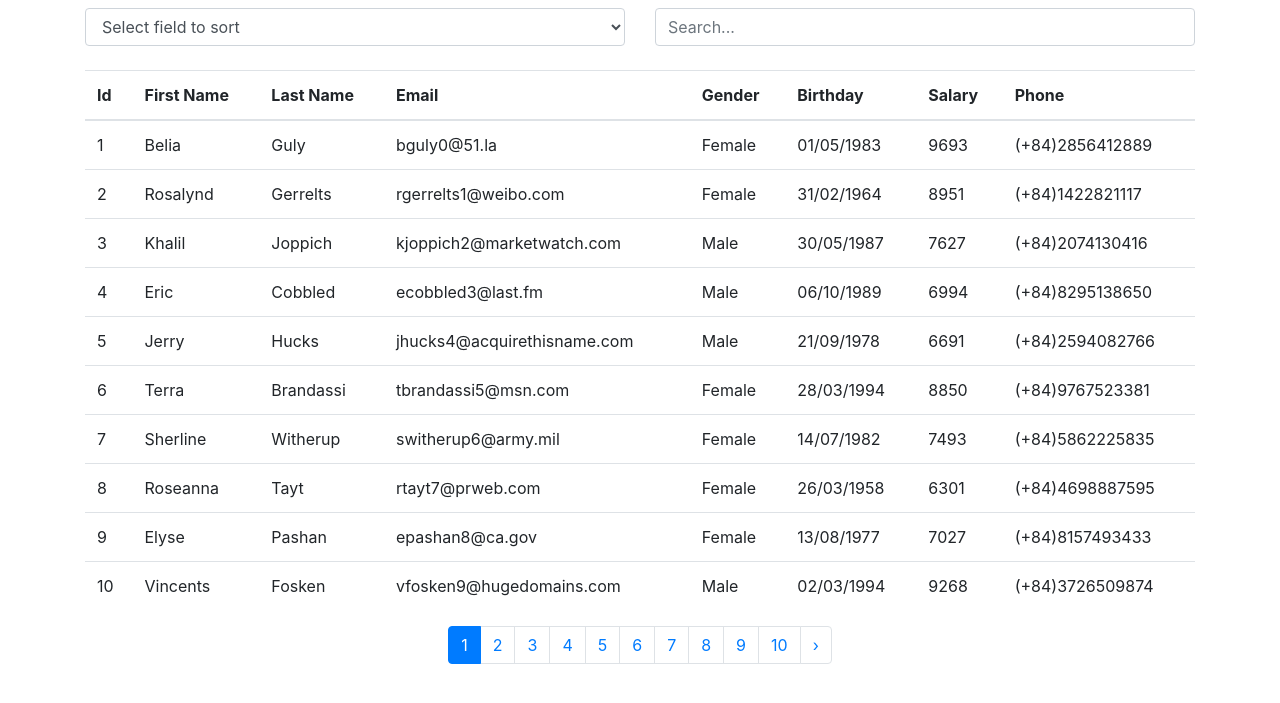
Repository: nguy3nds/table-app
Page: /
An editor plug-in stored every save of this project. The page is shown before and after the next save, followed by the edit.
The browser window is 1280 px wide. The pictures show the whole page.
The project was rebuilt for these pictures with package versions that can differ from the ones it lists, and the page was loaded fresh each time.

Above is the page before, as saved 2021-09-21 14:53:57.

### src/index.tsx
import React from 'react';
import ReactDOM from 'react-dom';
import './index.css';
import App from './App';
import reportWebVitals from './reportWebVitals';
import 'bootstrap/dist/css/bootstrap.min.css';

ReactDOM.render(
  <React.StrictMode>
    <App />
  </React.StrictMode>,
  document.getElementById('root')
);

// If you want to start measuring performance in your app, pass a function
// to log results (for example: reportWebVitals(console.log))
// or send to an analytics endpoint. Learn more: https://bit.ly/CRA-vitals
reportWebVitals();

### src/App.tsx
import "./App.css";
import Data from "./users.json";
import Form from "react-bootstrap/Form";
import { Col, Container, Row, Table } from "react-bootstrap";
import { ChangeEvent, useEffect, useState } from "react";
import PaginateComponent from "./components/PaginateComponent";
import SelectionBox from "./components/SelectionBox";
import UserInOnePage from "./components/UserInOnePage";

export interface User {
  id: number;
  firstName: string;
  lastName: string;
  email: string;
  gender: string;
  birthday: string;
  salary: number;
  phone: string;
}

const App: React.FC = () => {
  const [users, setUsers] = useState<User[]>([]);
  const [data, setData] = useState<User[]>(Data);
  const [currentPage, setCurrentPage] = useState<number>(1);

  const USER_PER_PAGE = 10;

  useEffect(() => {
    const indexLastUser = currentPage * USER_PER_PAGE;
    const indexFirstUser = indexLastUser - USER_PER_PAGE;
    const currentUsers = data.slice(indexFirstUser, indexLastUser);

    setUsers(currentUsers);
  }, [currentPage, data]);

  const onSort = (e: React.ChangeEvent<HTMLInputElement>) => {
    let keyObj: keyof User = e.target.value as keyof User;
    let sortedUsers = users.sort((a: User, b: User) => {
      if (a[keyObj] < b[keyObj]) return -1;
      if (a[keyObj] > b[keyObj]) return 1;
      return 0;
    });
    setUsers([...sortedUsers]);
  };

  const onSelectedPage = (pageNum: number) => {
    setCurrentPage(pageNum);
  };

  const onPrev = () => {
    setCurrentPage(currentPage - 1);
  };

  const onNext = () => {
    setCurrentPage(currentPage + 1);
  };

  const onSearch = (e: ChangeEvent<HTMLInputElement>) => {
    let searchUsers = Data.filter((user: User) => {
      for (let prop in user) {
        if (
          user[prop as keyof User]
            .toString()
            .toLowerCase()
            .includes(e.target.value.toLowerCase())
        ) {
          return user;
        }
      }
      return false;
    });
    setData(searchUsers);
  };

  return (
    <div className="App">
      <Container>
        <Table>
          <Row className="my-2">
            <Col>
              <SelectionBox handleSelection={onSort} />
            </Col>
            <Col>
              <input
                className="form-control"
                type="text"
                placeholder="Search..."
                onChange={onSearch}
              />
            </Col>
          </Row>

          <UserInOnePage users={users} />

          {data.length !== 0 && (
            <Row className="justify-content-center">
              <PaginateComponent
                pageNumber={Math.ceil(data.length / USER_PER_PAGE)}
                currentPage={currentPage}
                onSelectPage={onSelectedPage}
                handlePrev={onPrev}
                handleNext={onNext}
              />
            </Row>
          )}

          {data.length === 0 && (
            <Row className="justify-content-center">
              <p>Couldn't find anything for these key words</p>
            </Row>
          )}
        </Table>
      </Container>
    </div>
  );
};

export default App;

### src/components/PaginateComponent.tsx
import { Pagination } from 'react-bootstrap';

function PaginateComponent({ pageNumber, currentPage, onSelectPage, handlePrev, handleNext }: any) {
    let items = [];
    for (let number = 1; number <= pageNumber; number++) {
        items.push(
            <Pagination.Item key={number} active={number === currentPage} onClick={() => onSelectPage(number)}>
                {number}
            </Pagination.Item>,
        );
    }
    return (
        <div>
            <Pagination>
                {currentPage !== 1 && <Pagination.Prev onClick={handlePrev} />}
                {items}
                {currentPage !== pageNumber && <Pagination.Next onClick={handleNext}/>}
            </Pagination>
        </div>
    );
}

export default PaginateComponent;

### src/components/SelectionBox.tsx
import Form from "react-bootstrap/Form";
import React from "react";

// // Type '{ handleSelection: (e: ChangeEvent<HTMLInputElement>) => void; }' is not assignable to type 'IntrinsicAttributes & Event & { children?: ReactNode; }'.
//   Property 'handleSelection' does not exist on type 'IntrinsicAttributes & Event & { children?: ReactNode; }'.

const SelectionBox: React.FC<any> = ({ handleSelection }) => {
  return (
    <Form>
      <Form.Group>
        <Form.Control as="select" onChange={handleSelection}>
          <option>Select field to sort</option>
          <option value={"id"}>Id</option>
          <option value={"firstName"}>First Name</option>
          <option value={"lastName"}>Last Name</option>
          <option value={"email"}>Email</option>
          <option value={"gender"}>Gender</option>
          <option value={"birthday"}>Birthday</option>
          <option value={"salary"}>Salary</option>
          <option value={"phone"}>Phone</option>
        </Form.Control>
      </Form.Group>
    </Form>
  );
};

export default SelectionBox;

### src/components/UserInOnePage.tsx
import React from "react";
import Col from "react-bootstrap/esm/Col";
import Row from "react-bootstrap/esm/Row";
import TableData from "./TableData";

const UserInOnePage = (props: any) => {
  const formatDate = (date: string): string => {
    let d = new Date(date);
    let day =
      d.getDate().toString().length === 2
        ? d.getDate().toString()
        : "0" + d.getDate().toString();
    let month =
      d.getMonth().toString().length === 2
        ? d.getMonth().toString()
        : "0" + d.getMonth().toString();
    return day + "/" + month + "/" + d.getFullYear().toString();
  };

  const content = props.users.map((user: any) => (
    <tr key={user.id}>
      <td>{user.id}</td>
      <td>{user.firstName}</td>
      <td>{user.lastName}</td>
      <td>{user.email}</td>
      <td>{user.gender}</td>
      <td>{formatDate(user.birthday)}</td>
      <td>{user.salary}</td>
      <td>{"(+84)" + user.phone.replace(/-/g, "")}</td>
    </tr>
  ));

  return (
    <div>
      {props.users.length !== 0 && (
        <Row>
          <Col>
            <TableData content={content} />
          </Col>
        </Row>
      )}
    </div>
  );
};

export default UserInOnePage;

### src/components/TableData.tsx
import React from "react";
import Table from "react-bootstrap/Table";

const TableData: React.FC<any> = ({ content }) => {
  return (
    <Table>
      <thead>
        <tr>
          <th>Id</th>
          <th>First Name</th>
          <th>Last Name</th>
          <th>Email</th>
          <th>Gender</th>
          <th>Birthday</th>
          <th>Salary</th>
          <th>Phone</th>
        </tr>
      </thead>
      <tbody>{content}</tbody>
    </Table>
  );
};

export default TableData;

Loaded but not shown: public/index.html (common file); src/index.css (common file); src/reportWebVitals.ts (common file); src/users.json (1002 lines, source omitted); src/App.css (no stored copy; drawn as an empty file)

After the next save:
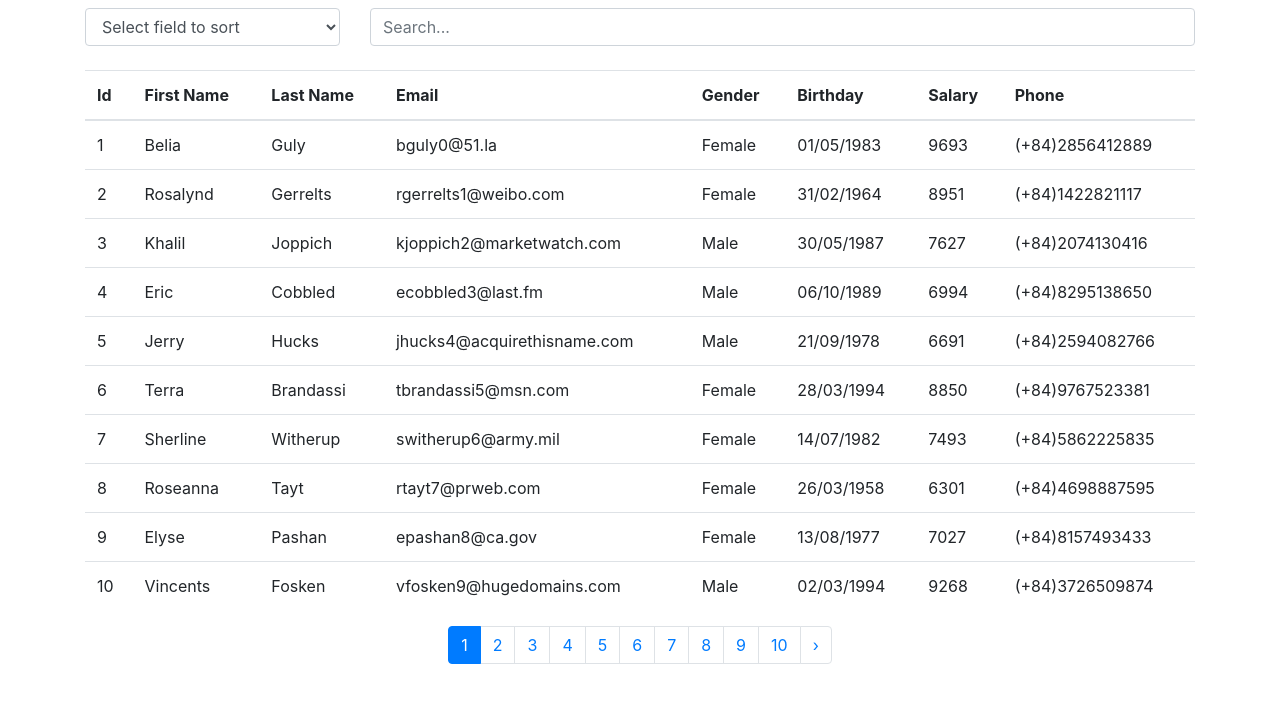
Saved 10 s later.
--- a/src/App.tsx
+++ b/src/App.tsx
@@ -77,7 +77,7 @@ const App: React.FC = () => {
       <Container>
         <Table>
           <Row className="my-2">
-            <Col>
+            <Col md="3">
               <SelectionBox handleSelection={onSort} />
             </Col>
             <Col>
